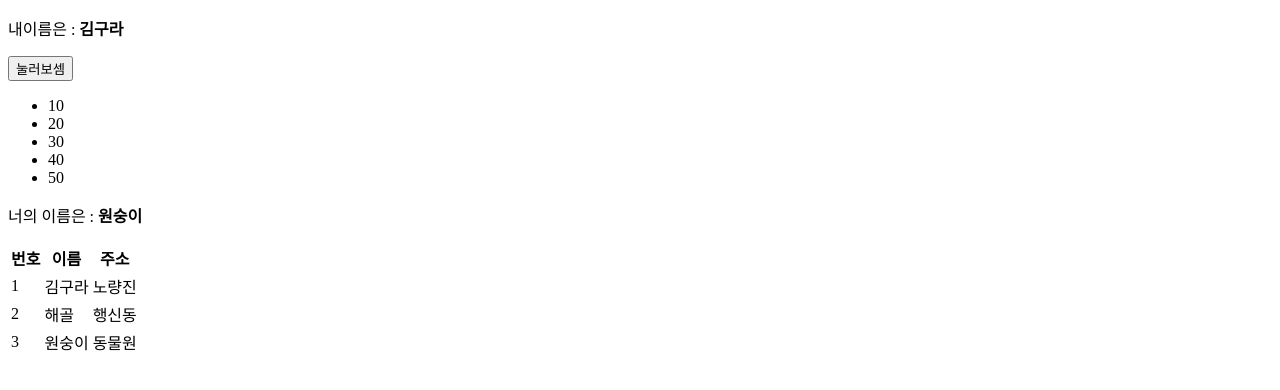
Repository: hyunhee7/angular_work
Page: HelloAngular/WebContent/Step02_controller.html
An editor plug-in stored every save of this project. The page is shown before and after the next save, followed by the edit.
The browser window is 1280 px wide. The pictures show the whole page.

Above is the page before, as saved 2017-08-25 02:38:35.

### HelloAngular/WebContent/Step02_controller.html
<!DOCTYPE html>
<html ng-app="myApp">
<head>
<meta charset="UTF-8">
<title>Step02_controller.html</title>
<script src="js/angular.min.js"></script>
<script>
	// angular 모듈 만들기
	var myApp=angular.module("myApp",[]);
	// Ctrl1 이라는 이름의 컨트롤러 만들기
	myApp.controller("Ctrl1",["$scope", function($scope){
		$scope.name="김구라";
		$scope.clicked=function(){
			alert("버튼을 눌렀네?");
		};

		$scope.nums=[10, 20, 30, 40, 50];
	}]);

	// Ctrl2 이라는 이름의 컨트롤러 만들기
	myApp.controller("Ctrl2",["$scope", function($scope){
		$scope.name="원숭이";

		$scope.friends=[
			{num:1,name:"김구라",addr:"노량진"},
			{num:2,name:"해골",addr:"행신동"},
			{num:3,name:"원숭이",addr:"동물원"}
		];
	}]);
</script>
</head>
<body>
<div ng-controller="Ctrl1">
	<p>내이름은 : <strong>{{name}}</strong></p>
	<button ng-click="clicked()">눌러보셈</button>
	<ul>
		<li ng-repeat="tmp in nums">{{tmp}}</li>
	</ul>
</div>
<div ng-controller="Ctrl2">
	<p>너의 이름은 : <strong>{{name}}</strong></p>
	<table>
		<thead>
			<tr>
				<th>번호</th>
				<th>이름</th>
				<th>주소</th>
			</tr>
		</thead>
		<tbody>
			<tr ng-repeat="tmp in friends">
				<td>{{tmp.num}}</td>
				<td bg-bind="tmp.name">{{tmp.name}}</td>
				<td>{{tmp.addr}}</td>
			</tr>
		</tbody>
	</table>
</div>

</body>
</html>

Loaded but not shown: HelloAngular/WebContent/js/angular.min.js (library)

After the next save:
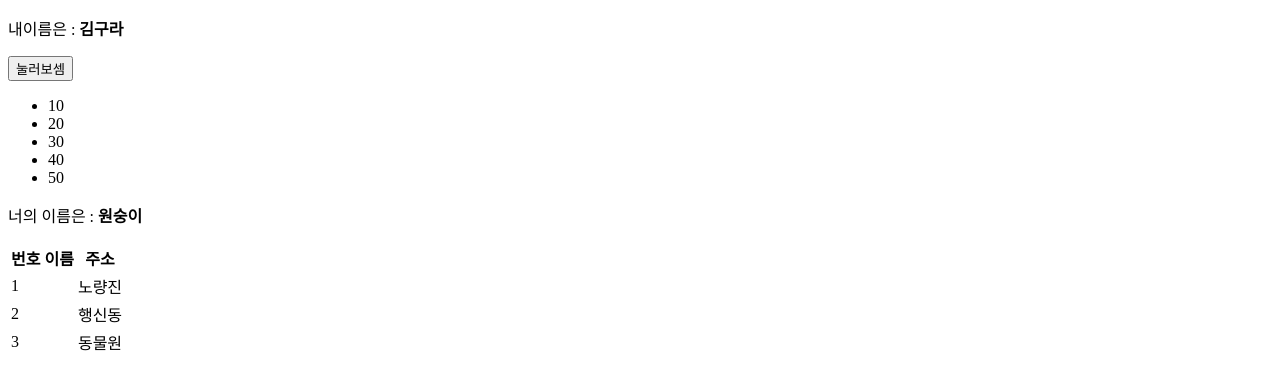
Saved 4 s later.
--- a/HelloAngular/WebContent/Step02_controller.html
+++ b/HelloAngular/WebContent/Step02_controller.html
@@ -50,7 +50,7 @@
 		<tbody>
 			<tr ng-repeat="tmp in friends">
 				<td>{{tmp.num}}</td>
-				<td bg-bind="tmp.name">{{tmp.name}}</td>
+				<td bg-bind="tmp.name"></td>
 				<td>{{tmp.addr}}</td>
 			</tr>
 		</tbody>

After the save that followed:
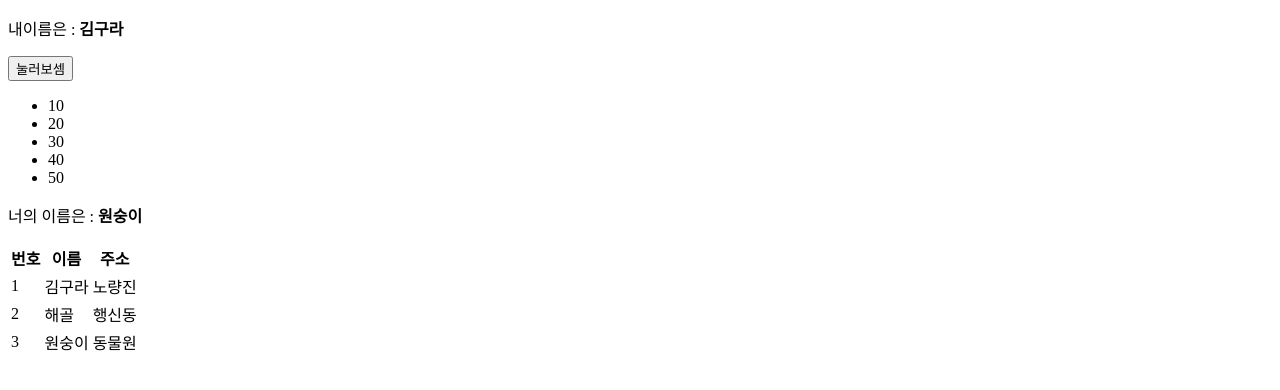
Saved 17 s later.
--- a/HelloAngular/WebContent/Step02_controller.html
+++ b/HelloAngular/WebContent/Step02_controller.html
@@ -50,8 +50,8 @@
 		<tbody>
 			<tr ng-repeat="tmp in friends">
 				<td>{{tmp.num}}</td>
-				<td bg-bind="tmp.name"></td>
-				<td>{{tmp.addr}}</td>
+				<td ng-bind="tmp.name"></td>
+				<td ng-bind="tmp.addr"></td>
 			</tr>
 		</tbody>
 	</table>
